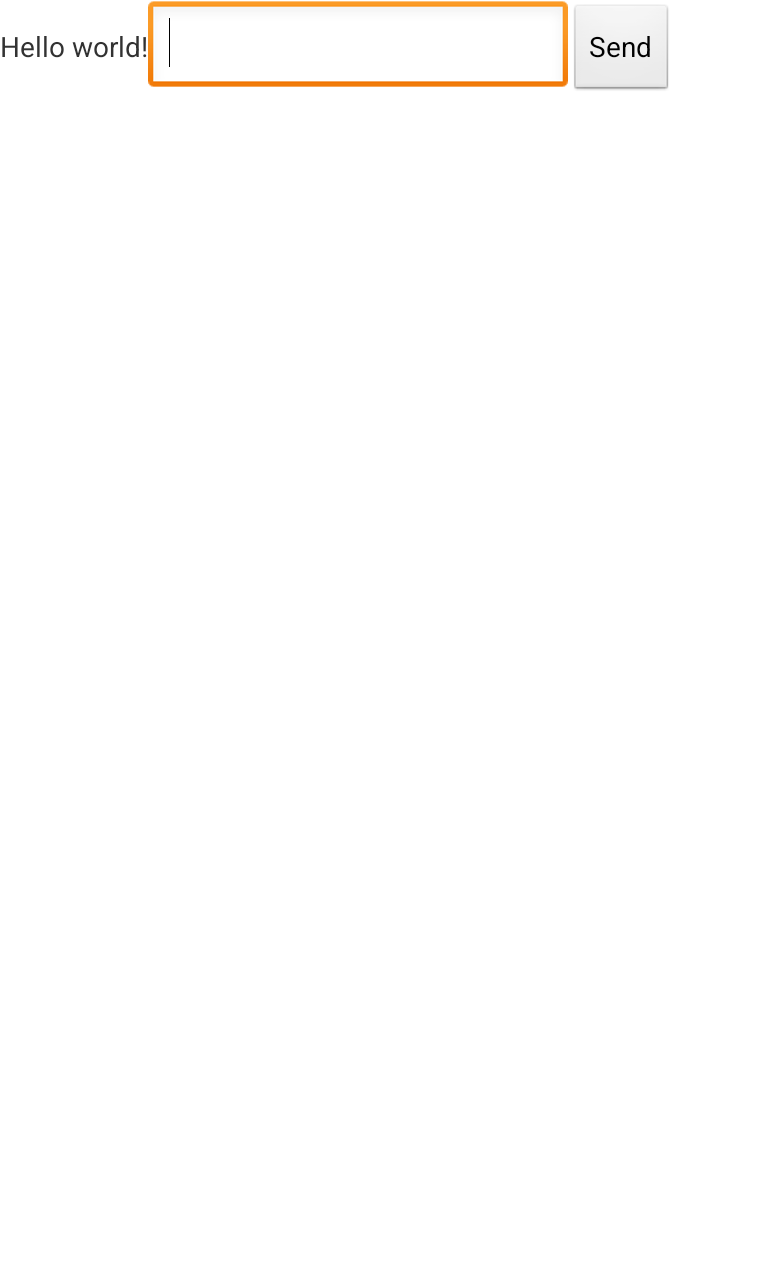
Repository: Shadow55AA/Archive-Android
Layout: SocketsClient/SocketsClient/res/layout/activity_sockets_client.xml
An editor plug-in stored every save of this project. The layout is shown before and after the next save, followed by the edit.
It is drawn on a 768 x 1280 px phone screen (xhdpi) without system bars, with theme AppTheme; the app's code is not run.

Above is the layout before, as saved 2012-08-31 22:44:28.

### SocketsClient/SocketsClient/res/layout/activity_sockets_client.xml
<LinearLayout xmlns:android="http://schemas.android.com/apk/res/android"
    xmlns:tools="http://schemas.android.com/tools"
    android:layout_width="match_parent"
    android:layout_height="match_parent" >

    <TextView
        android:layout_width="wrap_content"
        android:layout_height="wrap_content"
        android:text="@string/hello_world"
        tools:context=".SocketsClient" />

    <EditText
        android:id="@+id/outtext"
        android:layout_width="wrap_content"
        android:layout_height="wrap_content"
        android:ems="10"
        android:inputType="text" >

        <requestFocus />
    </EditText>

    <Button
        android:id="@+id/button1"
        android:layout_width="wrap_content"
        android:layout_height="wrap_content"
        android:text="@string/btn_send" />

</LinearLayout>

### SocketsClient/SocketsClient/res/values/strings.xml
<resources>

    <string name="app_name">SocketsClient</string>
    <string name="hello_world">Hello world!</string>
    <string name="menu_settings">Settings</string>
    <string name="title_activity_sockets_client">SocketsClient</string>
    <string name="btn_send">Send</string>

</resources>

Loaded but not shown: SocketsClient/SocketsClient/res/values/styles.xml (common file)

After the next save:
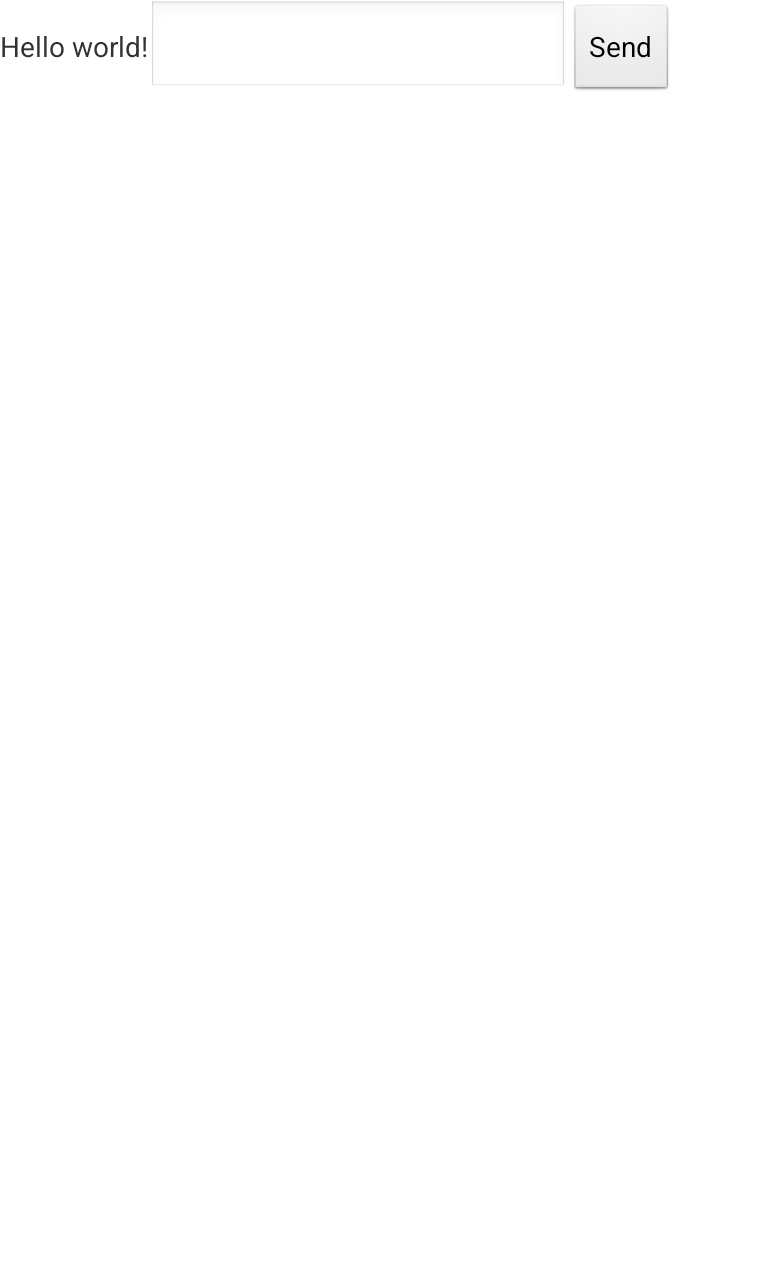
Saved 42 s later.
--- a/SocketsClient/SocketsClient/res/layout/activity_sockets_client.xml
+++ b/SocketsClient/SocketsClient/res/layout/activity_sockets_client.xml
@@ -1,7 +1,8 @@
 <LinearLayout xmlns:android="http://schemas.android.com/apk/res/android"
     xmlns:tools="http://schemas.android.com/tools"
     android:layout_width="match_parent"
-    android:layout_height="match_parent" >
+    android:layout_height="match_parent"
+    android:orientation="virtical">
 
     <TextView
         android:layout_width="wrap_content"
@@ -14,10 +15,7 @@
         android:layout_width="wrap_content"
         android:layout_height="wrap_content"
         android:ems="10"
-        android:inputType="text" >
-
-        <requestFocus />
-    </EditText>
+        android:inputType="text" />
 
     <Button
         android:id="@+id/button1"
